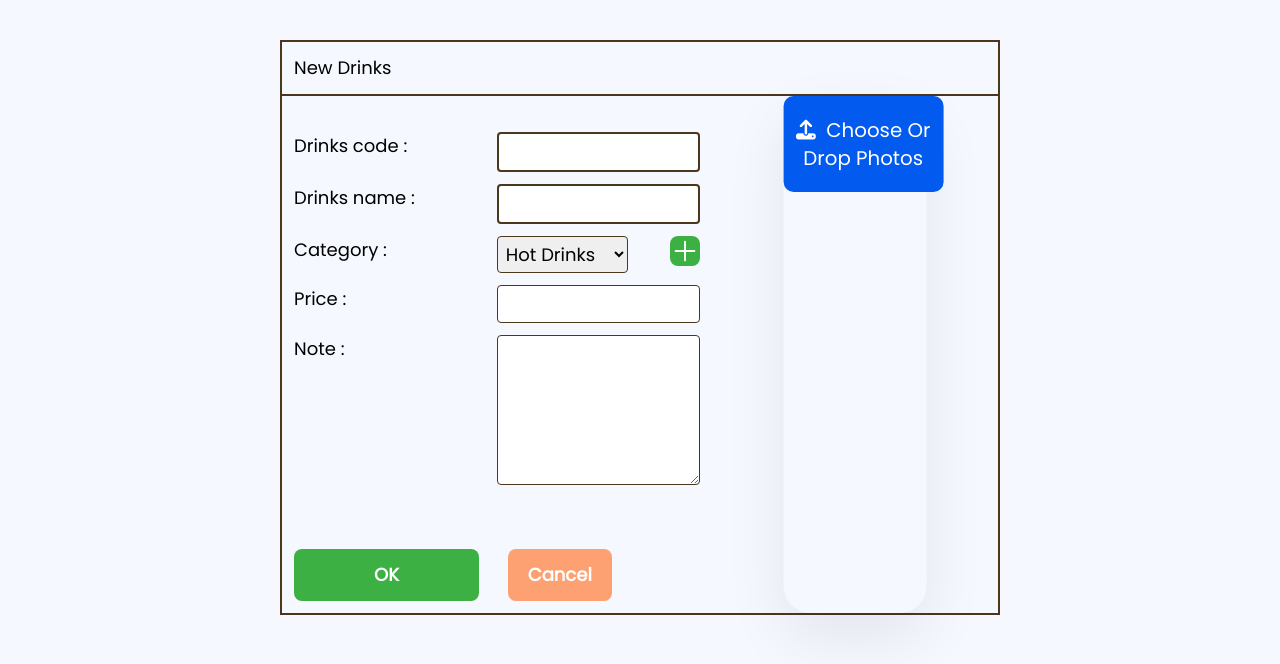
Repository: Dapravith/Midterm-SE-GIC-Cafe-Project-Group16
Page: src/main/resources/templates/addDrink.html
These files come from the project's save history. The page is drawn as it stood at one moment and after the next save; the edit follows.
The browser window is 1280 px wide. The pictures show the whole page.
Some web libraries are served in a nearby version.

Above is the page before, as saved 2023-05-16 22:44:46.

### src/main/resources/templates/addDrink.html
<!DOCTYPE html>
<html lang="en">

<head>
    <meta charset="UTF-8">
    <meta http-equiv="X-UA-Compatible" content="IE=edge">
    <meta name="viewport" content="width=device-width, initial-scale=1.0">
    <title>Add New Drink</title>
    <script src="https://cdn.tailwindcss.com"></script>
    <!-- Font Awesome Icons -->
    <link rel="stylesheet" href="https://cdnjs.cloudflare.com/ajax/libs/font-awesome/6.2.0/css/all.min.css" />
    <!-- Google Font -->
    <link href="https://fonts.googleapis.com/css2?family=Poppins&display=swap" rel="stylesheet" />
    <style>
        * {
            padding: 0;
            margin: 0;
            box-sizing: border-box;
            font-family: "Poppins", sans-serif;
        }

        body {
            background-color: #f5f8ff;
            justify-content: right;
        }

        button:hover {
            box-shadow: 0 13px 18px 0 rgba(151, 208, 27, 0.24), 0 19px 50px 0 rgba(238, 227, 21, 0.19);
        }

        .images {
            width: 20%;
            position: static;
            transform: translate(50%);
            left: 50%;
            right: 50%;
            box-shadow: 0 1.35em 3.43em rgba(0, 0, 0, 0.08);
            border-radius: 1.5em;
        }

        input[type="file"] {
            display: none;
        }

        .upload-images {
            display: block;
            position: relative;
            background-color: #025bee;
            color: #ffffff;
            font-size: 1.1em;
            text-align: center;
            align-items: right;
            justify-content: right;
            width: 10rem;
            padding: 1em 0;
            border-radius: 0.5em;
            margin: 0 auto 1em auto;
            cursor: pointer;
        }

        #image-display {
            position: relative;
            width: 5%;
            margin: 0 auto;
            display: flex;
            justify-content: space-evenly;
            gap: 1.5em;
            flex-wrap: wrap;
        }

        #image-display figure {
            width: 10%;
        }

        #image-display img {
            width: 2em;
        }

        #image-display figcaption {
            font-size: 0.5em;
            text-align: center;
            color: #5a5861;
        }

        .active {
            border: 0.2em dashed #025bee;
        }

        #error {
            text-align: center;
            color: #ff3030;
        }
    </style>
</head>

<body class="m-10 text-lg">
    <!-- Crud PRODUCTS -->
    <div class="new_drink w-[60%] h-fit m-auto  border-[2px] border-solid border-[#4B371C] ">
        <div class="head p-3">
            <h2>New Drinks</h2>
        </div>
        <div class="w-[100%] border-[1px] border-solid border-[#4B371C]"></div>
        <div class="flex">
            <div class="add_drink w-[60%]">
                <div class="py-3 ">
                    <form action="#" class="p-3 ">
                        <div class="mt-3 grid grid-cols-2">
                            <label class="mr-5" for="dcode">Drinks code :</label>
                            <input type="text" id="dcode" name="" class="p-1 border-[2px] border-solid border-[#4B371C] rounded" placeholder="">
                        </div>
                        <div class="mt-3 grid grid-cols-2">
                            <label class="mr-5" for="dname">Drinks name :</label>
                            <input type="text" id="dname" name="" class="p-1 border-[2px] border-solid border-[#4B371C] rounded" placeholder="">
                        </div>
                        <div class="mt-3 grid grid-cols-2">
                            <label class="mr-5" for="category">Category :</label>
                            <div class="flex justify-between">
                                <select type="add-item" id="category" name="" class="p-1 border-[1px] border-solid border-[#4B371C] rounded" placeholder="">
                                    <option value="1">Hot Drinks</option >
                                    <option value="2" >Cool Drinks</option >
                                    <option value="3" >Frappe</option >
                                    <option value="4" >Food</option >
                                </select>
                                <button id="add_category" class=" w-fit h-fit bg-[#3CB043] text-center text-white font-bold cursor-pointer duration-100 rounded-lg">
                                    <svg xmlns="http://www.w3.org/2000/svg" fill="none" viewBox="0 0 24 24" stroke-width="1.5" stroke="currentColor" class="w-[30px] h-[30px] " onclick="showPopup()">
                                        <path stroke-linecap="round" stroke-linejoin="round" d="M12 4.5v15m7.5-7.5h-15" />
                                    </svg>
                                </button>

                            </div>

                        </div>

                        <div class="mt-3 grid grid-cols-2">
                            <label class="mr-5" for="price">Price :</label>
                            <input name="" min="0" type="number" id="price" class="p-1 border-[1px] border-solid border-[#4B371C] rounded" placeholder="">
                        </div>
                        <div class="mt-3 grid grid-cols-2">
                            <label class="mr-5" for="note">Note :</label>
                            <textarea id="note" cols="50" rows="5" name="" class="p-1 w-full border-[1px] border-solid border-[#4B371C] rounded resize-x"> </textarea>
                        </div>
                    </form>
                </div>
                <br />
                <div>
                    <button class=" py-3 bg-[#3CB043] text-center text-white font-bold px-20 m-3 inline-block cursor-pointer duration-100 rounded-lg">OK</button>
                    <button class=" py-3 px-5 bg-[#FDA172] text-center text-white  font-bold p-3 m-3 inline-block cursor-pointer duration-100 rounded-lg">Cancel</button>
                </div>
            </div>
            <div class="images">
                <input type="file" id="upload-button" multiple accept="image/*" />
                <label class="upload-images" for="upload-button"><i class="fa-solid fa-upload"></i>&nbsp; Choose Or Drop Photos
                </label>
                <div id="error"></div>
                <div id="image-display"></div>
            </div>
        </div>
    </div>
    </div>
    <!-- ADD NEW CATEGORY -->
    <div class="popup w-[100vw] h-[100vh] absolute top-[0] left-[0] bg-[#f1f1f199] hidden z-[100]">
        <main class="w-[20rem] absolute top-[50%] left-[50%] translate-x-[-50%] translate-y-[-50%]">
            <div class="none w-full h-fit m-auto  border-[2px] border-solid border-[#4B371C]">
                <div class="head p-3">
                    <h2>New Category</h2>
                </div>
                <div class="w-[100%] border-[1px] border-solid border-[#4B371C]"></div>
                <div class=" ">
                    <form action="#" class="add_category p-3">
                        <div class="mt-3 grid grid-cols-2">
                            <label for="gcode">Category code :</label>
                            <input type="text" id="dcode" name="" class="category_code border-[1px] border-solid border-[#4B371C] rounded" placeholder="" required>
                        </div>
                        <div class="mt-3 grid grid-cols-2">
                            <label for="gname">Category name :</label>
                            <input type="text" id="gname" name="" class="category_name border-[1px] border-solid border-[#4B371C] rounded" placeholder="" required>
                        </div>
                        <br />
                        <div class="flex">
                            <input id="okay" type="submit" value="OK" class=" py-3 bg-[#3CB043] text-center font-bold text-white px-16 in m-3 p-3 line-block cursor-pointer duration-100 rounded-lg">
                            <button class="cancel py-3 px-5 bg-[#FDA172] text-center font-bold text-white p-3 m-3 inline-block cursor-pointer duration-100 rounded-lg">Cancel</button>
                        </div>
                    </form>
                </div>
            </div>
        </main>

    </div>
    <script>
        const addNewCat = document.getElementById("add_category");
        const popup = document.querySelector(".popup");
        const form_add_category = document.querySelector(".add_category ");

        addNewCat.addEventListener("click", showPopup);

        function showPopup() {
            popup.classList.remove('hidden')
        }

        form_add_category.addEventListener("submit", () => {
            clear()
            popup.classList.add('hidden')
        });

        document.querySelector('.cancel').addEventListener('click', () => {
            clear()
            popup.classList.add('hidden')
        })

        popup.addEventListener('click', (e) => {
            const target = e.target;

            if (target.classList.contains('popup')) {
                popup.classList.add('hidden')
            }
        })

        const clear = () => {
            document.querySelector('.category_name').value = ""
            document.querySelector('.category_code').value = ""
        }

        let uploadButton = document.getElementById("upload-button");
        let chosenImage = document.getElementById("chosen-image");
        let fileName = document.getElementById("file-name");
        let container = document.querySelector(".images");
        let error = document.getElementById("error");
        let imageDisplay = document.getElementById("image-display");

        const fileHandler = (file, name, type) => {
            if (type.split("/")[0] !== "image") {
                //File Type Error
                error.innerText = "Please upload an image file";
                return false;
            }
            error.innerText = "";
            let reader = new FileReader();
            reader.readAsDataURL(file);
            reader.onloadend = () => {
                //image and file name
                let imageContainer = document.createElement("figure");
                let img = document.createElement("img");
                img.src = reader.result;
                imageContainer.appendChild(img);
                imageContainer.innerHTML += `<figcaption>${name}</figcaption>`;
                imageDisplay.appendChild(imageContainer);
            };
        };

        //Upload Button
        uploadButton.addEventListener("change", () => {
            imageDisplay.innerHTML = "";
            Array.from(uploadButton.files).forEach((file) => {
                fileHandler(file, file.name, file.type);
            });
        });

        container.addEventListener(
            "dragenter",
            (e) => {
                e.preventDefault();
                e.stopPropagation();
                container.classList.add("active");
            },
            false
        );

        container.addEventListener(
            "dragleave",
            (e) => {
                e.preventDefault();
                e.stopPropagation();
                container.classList.remove("active");
            },
            false
        );

        container.addEventListener(
            "dragover",
            (e) => {
                e.preventDefault();
                e.stopPropagation();
                container.classList.add("active");
            },
            false
        );

        container.addEventListener(
            "drop",
            (e) => {
                e.preventDefault();
                e.stopPropagation();
                container.classList.remove("active");
                let draggedData = e.dataTransfer;
                let files = draggedData.files;
                imageDisplay.innerHTML = "";
                Array.from(files).forEach((file) => {
                    fileHandler(file, file.name, file.type);
                });
            },
            false
        );

        window.onload = () => {
            error.innerText = "";
        };
    </script>
</body>

</html>

After the next save:
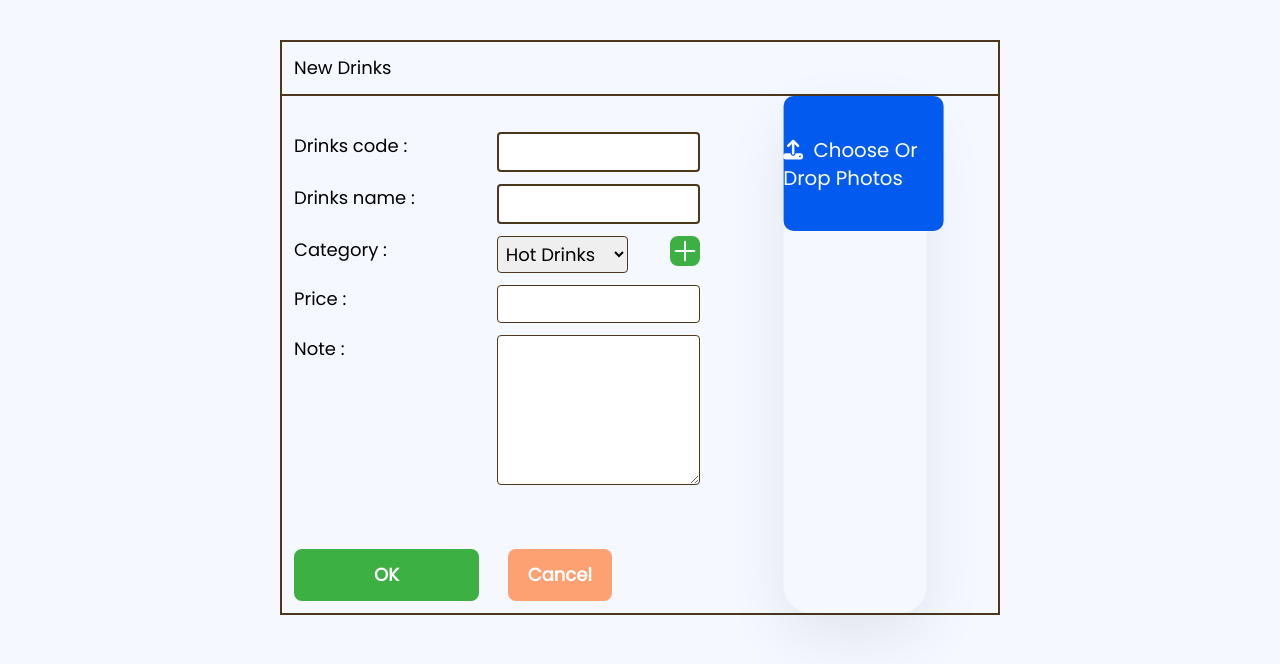
Saved 19 s later.
--- a/src/main/resources/templates/addDrink.html
+++ b/src/main/resources/templates/addDrink.html
@@ -48,11 +48,8 @@
             background-color: #025bee;
             color: #ffffff;
             font-size: 1.1em;
-            text-align: center;
-            align-items: right;
-            justify-content: right;
             width: 10rem;
-            padding: 1em 0;
+            padding: 2em 0;
             border-radius: 0.5em;
             margin: 0 auto 1em auto;
             cursor: pointer;
